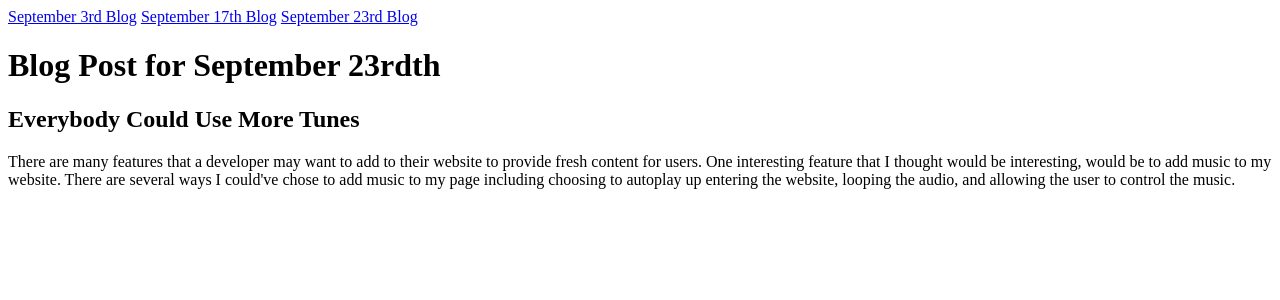
Repository: alharama/WebBlog
Page: Sept_23.html
The author's editor kept a copy of each file at every save. The page is drawn from the files as they stood at one save, then again after the next save.
The browser window is 1280 px wide. The pictures show the whole page.

Above is the page before, as saved 2021-09-23 23:15:35.

After the next save:
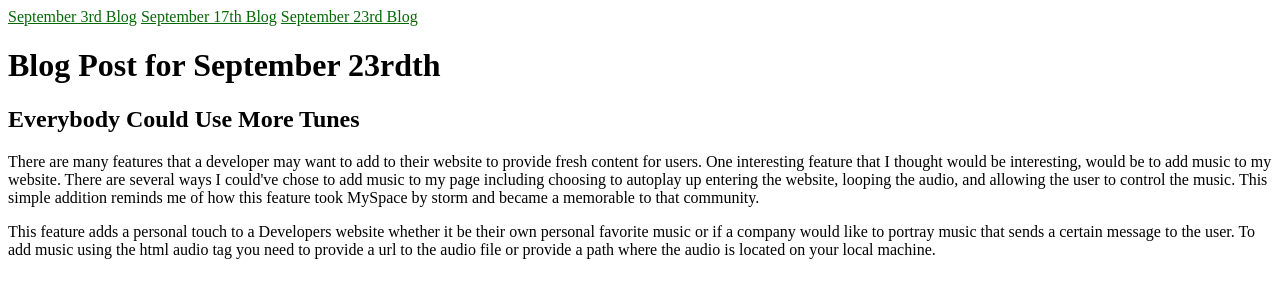
Saved 6 min 59 s later.
--- a/Sept_23.html
+++ b/Sept_23.html
@@ -12,6 +12,19 @@
     <title> September 23rd Blog</title>
 
     <style>
+
+        a{
+            text-decoration: underline;
+            color: rgb(5, 104, 5)
+        }
+        a:visited{
+            text-decoration: none;
+        }
+
+        #writeup {
+            text-indent: 30px;
+        }
+
         body {
 
         }
@@ -33,7 +46,14 @@
             There are many  features that a developer may want to add to their website to provide fresh
         content for users. One interesting feature that I thought would be interesting, would be to add music to my website.
         There are several ways I could've chose to add music to my page including choosing to autoplay up entering the website,
-        looping the audio, and allowing the user to control the music.
+        looping the audio, and allowing the user to control the music. This simple addition reminds me of how this feature took MySpace
+        by storm and became a memorable to that community.
+    </p>
+
+    <p>
+        This feature adds a personal touch to a Developers website whether it be their own personal favorite music or if a company
+        would like to portray music that sends a certain message to the user. To add music using the html audio tag you need to
+        provide a url to the audio file or provide a path where the audio is located on your local machine.
     </p>
 
 
